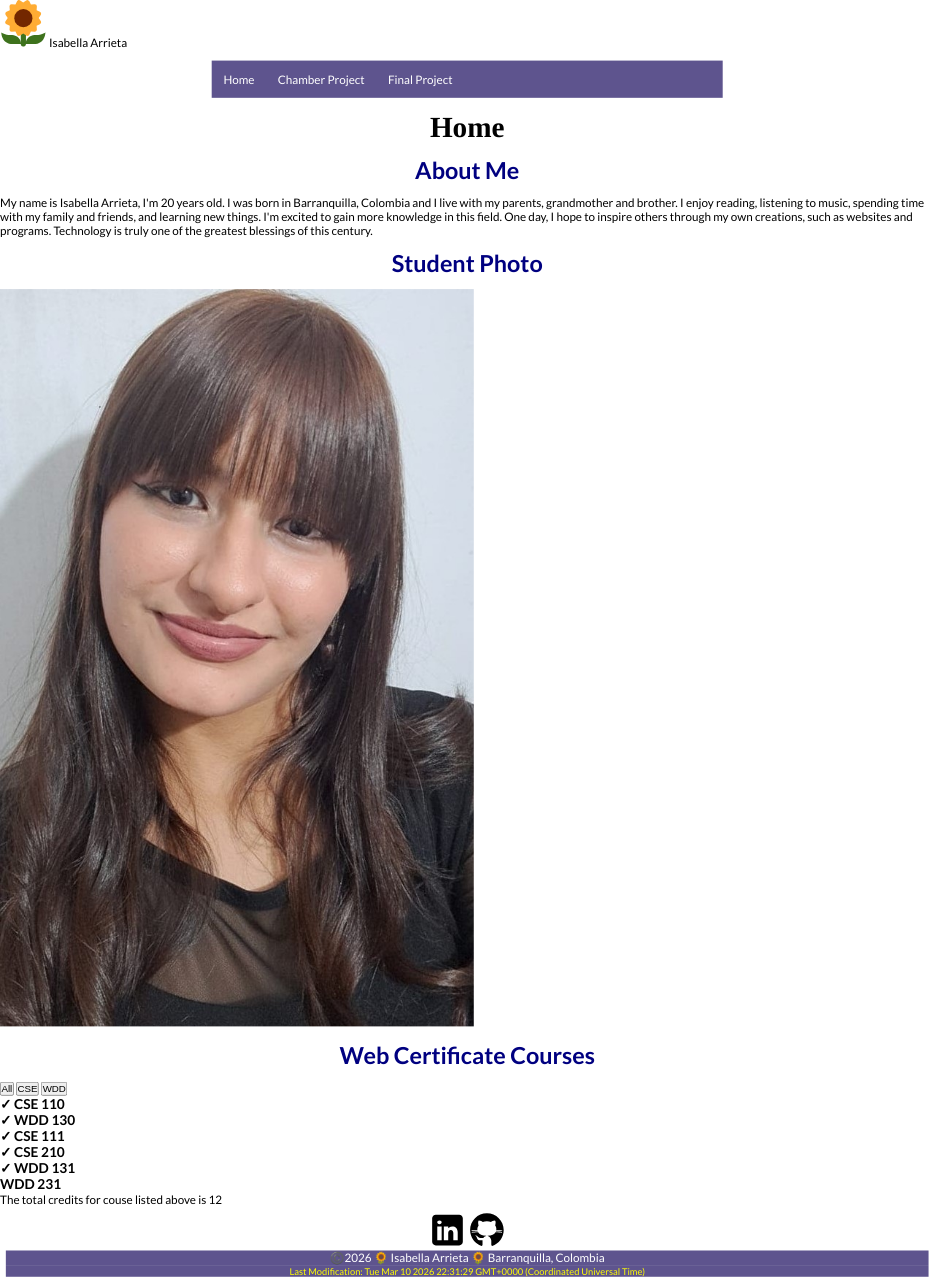
Repository: isaAJ05/wdd231
Page: index.html
An editor plug-in stored every save of this project. The page is shown before and after the next save, followed by the edit.
The browser window is 1280 px wide. The pictures show the whole page, at 73% of full size.
Some web fonts or font styles are not loaded; a fallback is used.

Above is the page before, as saved 2026-03-10 23:22:18.

### index.html
<!DOCTYPE html>
<html lang="en">
<head>
    <meta charset="UTF-8">
    <meta name="viewport" content="width=device-width, initial-scale=1.0">
    <title>WDD 231 – Web Frontend Development I – Isabella Arrieta</title>
    <meta name="description" content="WDD 231 – Web Frontend Development I Isabella Arrieta, This is a page about me">
    <meta name="author" content="Isabella Arrieta">
    <link rel="stylesheet" href="styles/normalize.css">
    <link rel="preconnect" href="https://fonts.googleapis.com">
    <link rel="preconnect" href="https://fonts.gstatic.com" crossorigin>
    <link href="https://fonts.googleapis.com/css2?family=Lato:ital,wght@0,100;0,300;0,400;0,700;0,900;1,100;1,300;1,400;1,700;1,900&family=Open+Sans:ital,wght@0,300..800;1,300..800&family=Play:wght@400;700&family=Raleway:ital,wght@0,100..900;1,100..900&display=swap" rel="stylesheet">
    <script src="scripts/getdates.js" defer></script>
    <script src="scripts/hamburguer.js" defer></script>
    <script src="scripts/courses.js" defer></script>
</head>
<body>
    <header>
        <div class="title">
            <img src="images/sunflower-svgrepo-com.svg" alt="Isabella Arrieta logo">
            <span>Isabella Arrieta</span>
        </div>
        <button id="menu" aria-label="Open menu"></button>
        <nav>
            <ul class="navigation">
			<li><a href="index.html">Home</a></li>
			<li><a href="#" class="chamber">Chamber Project</a></li>
			<li><a href="#" class="final">Final Project</a></li>
		</ul>
        </nav>
    </header>
    <main>
        <h1>Home</h1>
        <section class="card">
            <div class="rectangle">
                <h2>About Me</h2>
            </div>
            <div class="presentation">
            <p>My name is Isabella Arrieta, I'm 20 years old. I was born in Barranquilla, Colombia and I live with my parents, grandmother and brother. I enjoy reading, listening to music, spending time with my family and friends, and learning new things. I'm excited to gain more knowledge in this field. One day, I hope to inspire others through my own creations, such as websites and programs. Technology is truly one of the greatest blessings of this century.</p>
            </div>
            </section>

        <section class="card">
            <div class="rectangle">
                <h2>Student Photo</h2>
            </div>
            <img src ="images/isa.jpg" alt="Isabella Arrieta picture">
            </section>

        <section class="card">
            <div class="rectangle">
                <h2>Web Certificate Courses</h2>
            </div>
               <div class="course-buttons">
                <button id="all">All</button>
                <button id="cse">CSE</button>
                <button id="wdd">WDD</button>
            </div>

            <div id="courses"></div>

            <p>The total credits for couse listed above is <span id="totalCredits"></span></p>

        </section>
    </main>
    <footer>
        <div class ="icons">
                <a href="https://www.linkedin.com/in/isabella-arrieta/" target="_blank"><img src="images/icons8-linkedin.svg" alt="LinkedIn icon"></a>
                <a href="https://github.com/isaaj05" target="_blank"><img src="images/icons8-github.svg" alt="GitHub icon"></a>
        </div>
        <p>
            ©️<span id="currentyear"></span> 🌻 Isabella Arrieta 🌻 Barranquilla, Colombia
        </p>
        <p class="last-modified">
            <span id="lastModified"></span>
        </p>
    </footer>

</body>
</html>

### styles/normalize.css
:root {
    --primary-color: #231942;
    --secondary-color: #5e548e;
    --font: "Lato", sans-serif;
}
* {
	margin: 0;
	padding: 0;
	box-sizing: border-box;
}
body{
	font-family: var(--font);
}
h1 {
	text-align: left;
	font-family: times, serif;
	font-size: 1.5rem;
	margin-left: 1rem;
}

h2 {
		font-size: 1.2rem;
		color: navy;
		text-align: left;
		margin: 1rem;
	}
header {
    position: relative;
}
nav {
	max-width: 700px;
	margin: 1rem auto;
}

/* small view navigation */
#menu {
	font-size: 1.5rem;
	border: 0;
	background: none;
	color: #000;
 	position: absolute;
  top: 1rem;
	right: 1rem;
}

#menu::before {
	content: "☰";
}

#menu.open::before {
	content: "✖️";
}

.navigation {
	display: flex;
	flex-direction: column;
	list-style: none;
	background-color: var(--secondary-color);
	color: #fff;
}

.navigation a {
	display: none;
	padding: 1rem;
	text-align: center;
	text-decoration: none;
	color: #fff;
}
.navigation a:hover {
	background-color: #bbb;
	color: #333;
	font-weight: 700;
}

/* when the button is clicked - the open class is toggled (added/removed) */
.open a {
	display: block;
}

.active::before {
	content: "📍";  /* just a wayfinding symbol for the user */
}

.stuff {
	margin: .5rem;
	border: 1px solid rgb(0 0 0 / .1);
	background-color: #bed;
	max-width: 580px;
	height: 100vh;

}
footer {
    color:  #fff;
    text-align: center;
    padding: 8px;
}
footer p {
    background: var(--secondary-color);
}
.last-modified {
    font-size: 0.8rem;
    color: yellow;
}

/* large view navigation ************************************/
@media (min-width: 37.5em) {
	h1 {
		font-size: 2.5rem;
		margin-left: 0;
		text-align: center;
	}

	h2 {
		font-size: 2rem;
		text-align: center;
	}

	#menu {
		display: none; /* hide hamburger button */
	}

	.navigation {
		flex-direction: row;
	}

	.navigation a {
		display: block;
		flex: 1 1 100%;
	}

	.stuff {
		margin: 1rem auto;
	}
}

### scripts/getdates.js
const year = document.querySelector("#currentyear");
const today = new Date();
year.innerHTML = `<span class="highlight">${today.getFullYear()}</span>`;
const lastMod = document.querySelector("#lastModified");
let oLastModif = new Date(document.lastModified);
lastMod.innerHTML = `Last Modification: <span class="highlight">${oLastModif}</span>`;

### scripts/hamburguer.js
const hamButton = document.querySelector('#menu');
const navigation = document.querySelector('.navigation');
const title = document.querySelector('.title');

hamButton.addEventListener('click', () => {
	navigation.classList.toggle('open');
    hamButton.classList.toggle('open');
    title.classList.toggle('open');
});

### scripts/courses.js
// here we select the elements we need to interact with
const courseContainer = document.querySelector("#courses"); // container for the course cards
const totalCredits = document.querySelector("#totalCredits"); // element to display total credits
// buttons to filter courses
const allBtn = document.querySelector("#all");
const cseBtn = document.querySelector("#cse");
const wddBtn = document.querySelector("#wdd");
// array given by the university with all the courses in the web certificate program
const courses = [
    {
        subject: 'CSE',
        number: 110,
        title: 'Introduction to Programming',
        credits: 2,
        certificate: 'Web and Computer Programming',
        description: 'This course will introduce students to programming. It will introduce the building blocks of programming languages (variables, decisions, calculations, loops, array, and input/output) and use them to solve problems.',
        technology: [
            'Python'
        ],
        completed: true
    },
    {
        subject: 'WDD',
        number: 130,
        title: 'Web Fundamentals',
        credits: 2,
        certificate: 'Web and Computer Programming',
        description: 'This course introduces students to the World Wide Web and to careers in web site design and development. The course is hands on with students actually participating in simple web designs and programming. It is anticipated that students who complete this course will understand the fields of web design and development and will have a good idea if they want to pursue this degree as a major.',
        technology: [
            'HTML',
            'CSS'
        ],
        completed: true
    },
    {
        subject: 'CSE',
        number: 111,
        title: 'Programming with Functions',
        credits: 2,
        certificate: 'Web and Computer Programming',
        description: 'CSE 111 students become more organized, efficient, and powerful computer programmers by learning to research and call functions written by others; to write, call , debug, and test their own functions; and to handle errors within functions. CSE 111 students write programs with functions to solve problems in many disciplines, including business, physical science, human performance, and humanities.',
        technology: [
            'Python'
        ],
        completed: true
    },
    {
        subject: 'CSE',
        number: 210,
        title: 'Programming with Classes',
        credits: 2,
        certificate: 'Web and Computer Programming',
        description: 'This course will introduce the notion of classes and objects. It will present encapsulation at a conceptual level. It will also work with inheritance and polymorphism.',
        technology: [
            'C#'
        ],
        completed: true
    },
    {
        subject: 'WDD',
        number: 131,
        title: 'Dynamic Web Fundamentals',
        credits: 2,
        certificate: 'Web and Computer Programming',
        description: 'This course builds on prior experience in Web Fundamentals and programming. Students will learn to create dynamic websites that use JavaScript to respond to events, update content, and create responsive user experiences.',
        technology: [
            'HTML',
            'CSS',
            'JavaScript'
        ],
        completed: true
    },
    {
        subject: 'WDD',
        number: 231,
        title: 'Frontend Web Development I',
        credits: 2,
        certificate: 'Web and Computer Programming',
        description: 'This course builds on prior experience with Dynamic Web Fundamentals and programming. Students will focus on user experience, accessibility, compliance, performance optimization, and basic API usage.',
        technology: [
            'HTML',
            'CSS',
            'JavaScript'
        ],
        completed: false
    }
]
// function to display the courses on the page
function displayCourses(courseList) {
    courseContainer.innerHTML = ""; // clear the container before adding new courses

    courseList.forEach(course => {
        const card = document.createElement("div"); // create a card for each course
        card.classList.add("course-card");

        if (course.completed) {
            card.classList.add("completed");// add a class to indicate the course is completed
        }

        card.innerHTML = `
            <h3>${course.completed ? '✓' : ''} ${course.subject} ${course.number}</h3>
        `;

        courseContainer.appendChild(card); // add the card to the container
    });

    calculateCredits(courseList);
}
function calculateCredits(courseList) {
    const total = courseList.reduce((sum, course) => sum + course.credits, 0); // calculate the total credits by summing the credits of all courses in the list
    totalCredits.textContent = total;
}

allBtn.addEventListener("click", () => {
    displayCourses(courses);
});

cseBtn.addEventListener("click", () => {
    const cseCourses = courses.filter(course => course.subject === "CSE");
    displayCourses(cseCourses);
});

wddBtn.addEventListener("click", () => {
    const wddCourses = courses.filter(course => course.subject === "WDD");
    displayCourses(wddCourses);
});

displayCourses(courses);

After the next save:
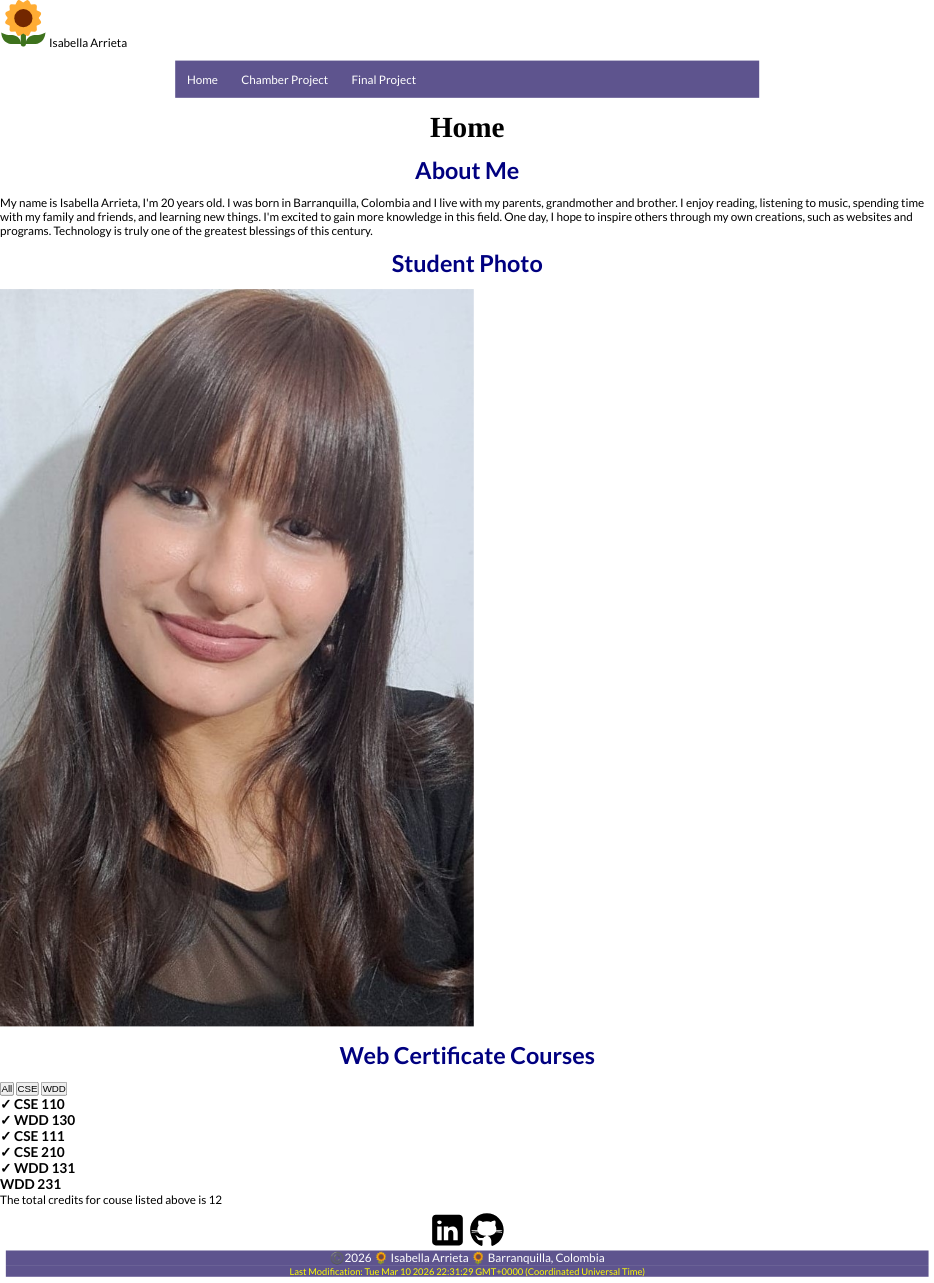
Saved 9 s later.
--- a/styles/normalize.css
+++ b/styles/normalize.css
@@ -28,7 +28,7 @@ header {
     position: relative;
 }
 nav {
-	max-width: 700px;
+	max-width: 800px;
 	margin: 1rem auto;
 }
 
